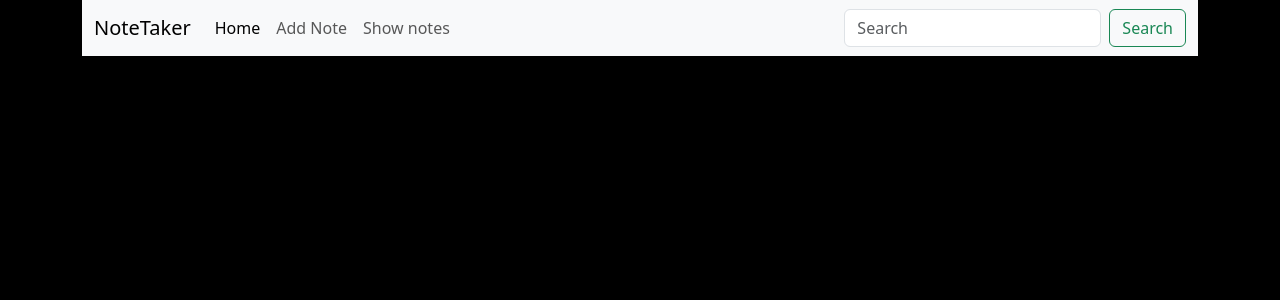
Repository: smritihbtu/Note-Maker
Page: http://localhost/NoteTaker/
The author's editor kept a copy of each file at every save. The page is drawn from the files as they stood at one save, then again after the next save.
The browser window is 1280 px wide. The pictures show the whole page.
The page is served by Tomcat 9. Other server files are loaded and not shown.

Above is the page before, as saved 2023-08-19 16:17:31.

### NoteTaker/src/main/webapp/index.jsp
<!doctype html>
<html lang="en">
  <head>
    <meta charset="utf-8">
    <meta name="viewport" content="width=device-width, initial-scale=1">
    <title>Bootstrap demo</title>
    <link rel="stylesheet" href="css/style.css" />
  <link href="https://cdn.jsdelivr.net/npm/bootstrap@5.3.1/dist/css/bootstrap.min.css" rel="stylesheet" integrity="sha384-4bw+/aepP/YC94hEpVNVgiZdgIC5+VKNBQNGCHeKRQN+PtmoHDEXuppvnDJzQIu9" crossorigin="anonymous">
  </head>

  <body class="body">
    <div class= "container">
    <%@include file="navbar.jsp" %>

    </div>
     <script src="https://cdn.jsdelivr.net/npm/bootstrap@5.3.1/dist/js/bootstrap.bundle.min.js" integrity="sha384-HwwvtgBNo3bZJJLYd8oVXjrBZt8cqVSpeBNS5n7C8IVInixGAoxmnlMuBnhbgrkm" crossorigin="anonymous"></script>
  </body>
</html>

### NoteTaker/src/main/webapp/navbar.jsp
<nav class="navbar navbar-expand-lg bg-body-tertiary purple">
  <div class="container-fluid">
    <a class="navbar-brand" href="#">NoteTaker</a>
    <button class="navbar-toggler" type="button" data-bs-toggle="collapse" data-bs-target="#navbarSupportedContent" aria-controls="navbarSupportedContent" aria-expanded="false" aria-label="Toggle navigation">
      <span class="navbar-toggler-icon"></span>
    </button>
    <div class="collapse navbar-collapse" id="navbarSupportedContent">
      <ul class="navbar-nav me-auto mb-2 mb-lg-0">
        <li class="nav-item">
          <a class="nav-link active" aria-current="page" href="#">Home</a>
        </li>
        <li class="nav-item">
          <a class="nav-link" href="#">Add Note</a>
        </li>
      <!--   <li class="nav-item dropdown">
          <a class="nav-link dropdown-toggle" href="#" role="button" data-bs-toggle="dropdown" aria-expanded="false">
            Dropdown
          </a>
          <ul class="dropdown-menu">
            <li><a class="dropdown-item" href="#">Action</a></li>
            <li><a class="dropdown-item" href="#">Another action</a></li>
            <li><hr class="dropdown-divider"></li>
            <li><a class="dropdown-item" href="#">Something else here</a></li>
          </ul>
        </li> -->
        <li class="nav-item">
          <a class="nav-link " href="#">Show notes</a>
        </li>
      </ul>
      <form class="d-flex" role="search">
        <input class="form-control me-2" type="search" placeholder="Search" aria-label="Search">
        <button class="btn btn-outline-success" type="submit">Search</button>
      </form>
    </div>
  </div>
</nav>
</html>

### NoteTaker/src/main/webapp/css/style.css
.body{
	background-color : black;
}
/* .container{
	background-color: red;
} */

After the next save:
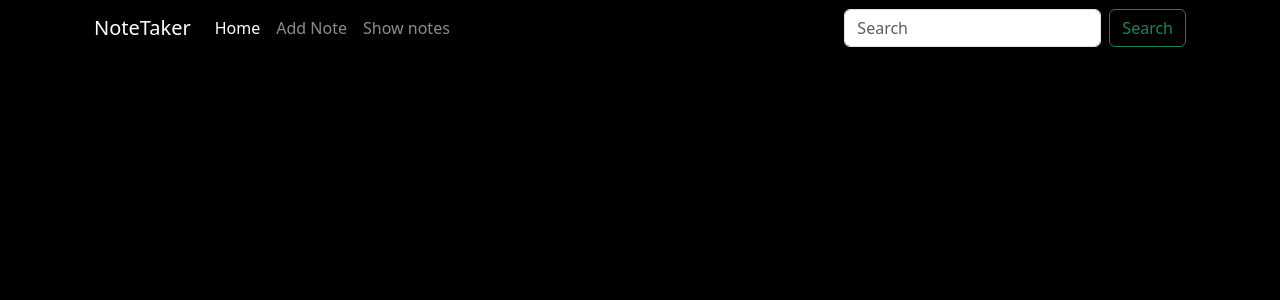
Saved 23 s later.
--- a/NoteTaker/src/main/webapp/navbar.jsp
+++ b/NoteTaker/src/main/webapp/navbar.jsp
@@ -1,4 +1,4 @@
-<nav class="navbar navbar-expand-lg bg-body-tertiary purple">
+<nav class="navbar navbar-expand-lg navbar-dark purple">
   <div class="container-fluid">
     <a class="navbar-brand" href="#">NoteTaker</a>
     <button class="navbar-toggler" type="button" data-bs-toggle="collapse" data-bs-target="#navbarSupportedContent" aria-controls="navbarSupportedContent" aria-expanded="false" aria-label="Toggle navigation">
